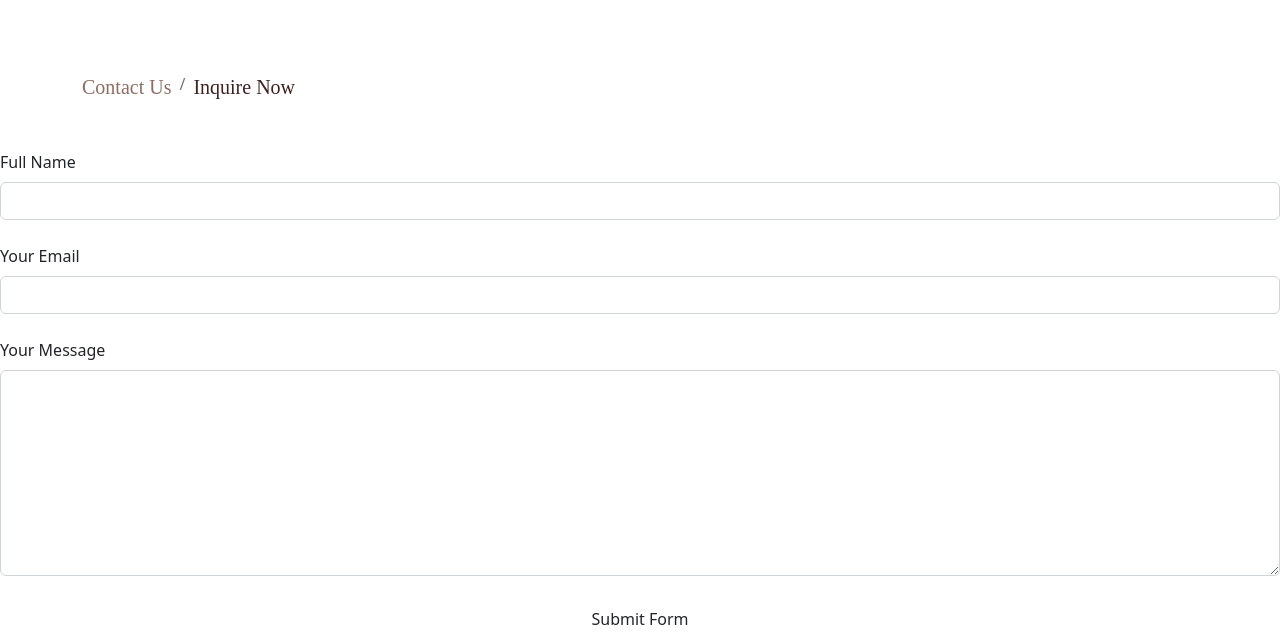
Repository: kaushalyaweerakoon/Plantation-Villa
Page: contact-us.html
The author's editor kept a copy of each file at every save. The page is drawn from the files as they stood at one save, then again after the next save.
The browser window is 1280 px wide. The pictures show the part of the page from y = 1313 to 1951 px (the page is 1951 px tall before and 1913 px after).
Some web fonts or font styles are not loaded; a fallback is used.

Above is the page before, as saved 2022-08-15 14:58:25.
Not found: assets/js/main.js

### contact-us.html
<!doctype html>
<html lang="en">

<head>
    <meta charset="utf-8">
    <meta name="viewport" content="width=device-width, initial-scale=1">

    <title>Plantation Villa| News Inner</title>

    <!-- Bootstrap css -->
    <link href="https://cdn.jsdelivr.net/npm/bootstrap@5.2.0-beta1/dist/css/bootstrap.min.css" rel="stylesheet"
        integrity="sha384-0evHe/X+R7YkIZDRvuzKMRqM+OrBnVFBL6DOitfPri4tjfHxaWutUpFmBp4vmVor" crossorigin="anonymous">

    <!-- fonts -->
    <link href="http://fonts.cdnfonts.com/css/segoe-ui-4" rel="stylesheet">
    <link rel="preconnect" href="https://fonts.googleapis.com">
    <link rel="preconnect" href="https://fonts.gstatic.com" crossorigin>

    <!-- swiperJS -->
    <link rel="stylesheet" href="https://unpkg.com/swiper@8/swiper-bundle.min.css" />

    <!-- custom css -->
    <link rel="stylesheet" href="asserts/css/main.css">

</head>


<!-- Section 2-->
<section class="container mt-md-4 mt-3 mb-5 pb-4">
    <p class="title pt-3">CONTACT US</p>

    <div class="text-center" id="">
        <p class="text">
            Lorem ipsum dolor sit amet, consectetur adipiscing elit. Cras cursus velit eu efficitur ultricies. Ut
            interdum et ipsum quis mattis. Sed bibendum arcu non sodales euismod. Proin ac metus quis ligula tempus
            commodo id a nunc.
        </p>
    </div>
</section>

<div class="container pb-4">
    <!-- Breadcrumb -->
    <nav aria-label="" class="mt-5 mb-4 ">
        <ol class="breadcrumb">
            <li class="breadcrumb-item"><a href="" class="breadcrumb-text fs-13-px text-font-family">Contact
                    Us </a>
            <li class="breadcrumb-item"><a href="" aria-current="page"
                    class="breadcrumb-text active fs-13-px text-font-family">Get In Touch</a>
            </li>
        </ol>
    </nav>
    <!--/ Breadcrumb -->

    <div class="row gy-3 gx-4">
        <div class="col-md-4 col-xl-2 pe-xl-5">

            <div class="col-xl-12 pb-5">
                <p class="country-text">Sri Lanka</p>
                <p class="">Wattalaya Watta,<br>
                    Nehinna, Dodangoda,<br>
                    Kalutara, Sri Lanka</p>
                <ul class="list-unstyled">
                    <li><a class="mb-3 lh-lg text-dark text-decoration-none"
                            href="reservations@srimal.com">reservations@srimal.com</a>
                    </li>
                    <li><a class="text-dark text-decoration-none" href="tel:++090123456789">+090123456789</a></li>
                </ul>
            </div>
        </div>

        <div class="col-md-4 col-xl-2 pe-xl-5">
        </div>

        <div class="col-md-4 col-xl-2 pe-xl-5">
            <div class="col-xl-12 pb-5">
                <p class="country-text">UK</p>
                <p class="">Wattalaya Watta,<br>
                    Nehinna, Dodangoda,<br>
                    Kalutara, Sri Lanka</p>
                <ul class="list-unstyled">
                    <li><a class="mb-3 lh-lg text-dark text-decoration-none"
                            href="reservations@srimal.com">reservations@srimal.com</a>
                    </li>
                    <li><a class="text-dark text-decoration-none" href="tel:++090123456789">+090123456789</a></li>
                </ul>
            </div>

        </div>
    </div>
</div>


<!-- map section-->
<section class="container mt-md-4 mt-3 mb-5 pb-4">

    <div class="ratio" style="--bs-aspect-ratio: 50%;">
        <iframe
            src="https://www.google.com/maps/embed?pb=!1m14!1m8!1m3!1d52824.16461165647!2d80.37247646048803!3d7.61515466786648!3m2!1i1024!2i768!4f13.1!3m3!1m2!1s0x3ae333391ecc0a0d%3A0x8a95434c984a12bf!2sARALIYA%20HOTEL!5e0!3m2!1sen!2slk!4v1660547131912!5m2!1sen!2slk"
            width="600" height="450" style="border:0;" allowfullscreen="" loading="lazy"
            referrerpolicy="no-referrer-when-downgrade"></iframe>
    </div>
</section>
<!-- map section -->

<!-- Breadcrumb -->
<div class="container pb-4">
    <nav aria-label="" class="mt-5 mb-4 ">
        <ol class="breadcrumb">
            <li class="breadcrumb-item"><a href="" class="breadcrumb-text fs-13-px text-font-family">Contact
                    Us </a>
            <li class="breadcrumb-item"><a href="" aria-current="page"
                    class="breadcrumb-text active fs-13-px text-font-family">Inquire Now</a>
            </li>
        </ol>
    </nav>
</div>
<!--/ Breadcrumb -->

<div id="contact-us">
    <form>
        <div class="">
            <div class="col mb-4">
                <label for="fullname" class="form-label">Full Name</label>
                <input type="text" class="form-control" id="fullname" aria-describedby="emailHelp">
            </div>

            <div class="col mb-4">
                <div class="d-flex justify-content-between align-items-center">
                    <label for="emailaddress" class="form-label">Your Email </label>
                </div>
                <input type="email" class="form-control" id="emailaddress" aria-describedby="emailHelp">
            </div>

            <div class="col-md-12 mb-4">
                <label for="comment" class="form-label">Your Message</label>
                <textarea class="form-control h-auto" id="comment" rows="8"></textarea>
            </div>
        </div>
        <div class="d-flex justify-content-center">
            <button type="submit" class="btn submit-form-button text-font-family fs-18-px">Submit Form</button>
        </div>
    </form>
</div>
</section>



<!-- bootstrap -->
<script src="https://cdn.jsdelivr.net/npm/bootstrap@5.2.0-beta1/dist/js/bootstrap.bundle.min.js"
    integrity="sha384-pprn3073KE6tl6bjs2QrFaJGz5/SUsLqktiwsUTF55Jfv3qYSDhgCecCxMW52nD2"
    crossorigin="anonymous"></script>

<!-- swiperJS -->
<script src="https://unpkg.com/swiper@8/swiper-bundle.min.js"></script>

<!-- custom script -->
<script src="assets/js/main.js"></script>


</body>

</html>

### asserts/css/main.css
/* Call the root */
:root {
  --Lora-font: 'Lora';
  --Segoe-font: 'Segoe UI';

  --font-size-14px: 18px;
  --font-size-20px: 20px;
  --font-size-22px: 22px;
  --font-size-25px: 25px;
  --font-size-30px: 30px;
  --font-size-35px: 35px;
  --font-size-40px: 40px;

  --font-color-8d6e63: #8d6e63;
  --font-color-3e2222: #3e2222;
  --bggreen: #7d824a;
  --co-white: #ffffff;
}

/* Create clases for fronts */
.Lora-ff {
  font-family: var(--Lora-font);
}

.Segoe-ff {
  font-family: var(--Segoe-font);
}

/* Create clases for front sizes*/
.fs-18-px {
  font-size: var(--font-size-18px)
}

.fs-20-px {
  font-size: var(--font-size-20px)
}

.fs-22-px {
  font-size: var(--font-size-22px)
}

.fs-25-px {
  font-size: var(--font-size-22px)
}

.fs-30-px {
  font-size: var(--font-size-30px)
}

.fs-35-px {
  font-size: var(--font-size-35px)
}

.fs-40-px {
  font-size: var(--font-size-40px)
}

/* Color */
.txt-purple {
  color: var(--font-color-8d6e63)
}

.txt-red {
  color: var(--font-color-3e2222)
}

/* news inner */

/* Breadcrumb */
.breadcrumb-text {
  font-family: var(--Lora-font);
  text-decoration: none;
  color: var(--font-color-8d6e63);
  font-weight: normal;
  font-size: var(--font-size-20px);
}

.breadcrumb-text.active {
  color: var(--font-color-3e2222);
  text-decoration: none;
  font-weight: normal;
}

.breadcrumb-text:hover {
  font-family: var(--Lora-font);
  font-size: var(--font-size-35px);
  color: var(--font-color-8d6e63);
  text-decoration: none;
}

/* -- */

.newsinner-date {
  color: var(--font-color-8d6e63);
  font-family: var(--Segoe-font);
  font-size: var(--font-size-20px);
}

.newsinner-head {
  color: var(--font-color-3e2222);
  font-family: var(--Lora-font);
  font-size: 45px;
  font-weight: normal;
}

.newsinner-text{
  font-size: var(--font-size-22px);
  font-family: var(--Segoe-font);
}

/* Heading */

.title {
  font-size: var(--font-size-30px);
  font-family: var(--Segoe-font);
  color: var(--font-color-8d6e63);
  text-align: center;
  margin-bottom: clamp(40px, 5vw, 71px);
}
.text{
  font-size: var(--font-size-22px);
  font-family: var(--Segoe-font);
  color: #000;
}

/* contact us */
.country-text {
  font-family: var(--Lora-font)!important;
  color: var(--font-color-3e2222);
  font-weight: normal;
  font-size: var(--font-size-30px);
}

After the next save:
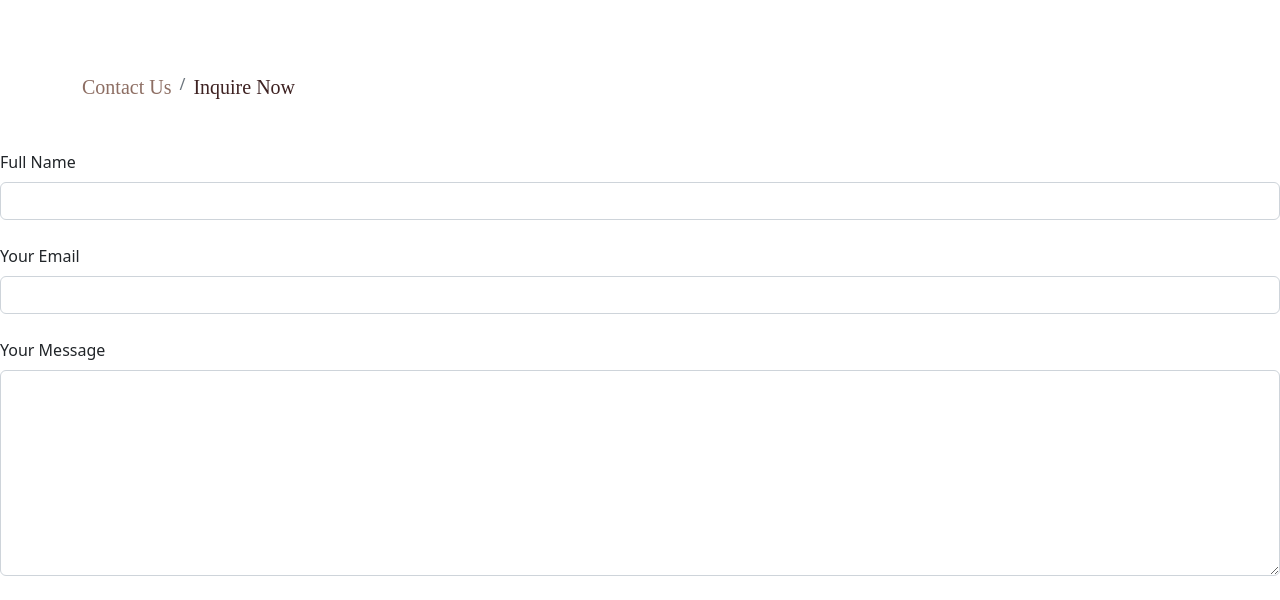
Saved 15 s later.
--- a/contact-us.html
+++ b/contact-us.html
@@ -136,9 +136,6 @@
                 <textarea class="form-control h-auto" id="comment" rows="8"></textarea>
             </div>
         </div>
-        <div class="d-flex justify-content-center">
-            <button type="submit" class="btn submit-form-button text-font-family fs-18-px">Submit Form</button>
-        </div>
     </form>
 </div>
 </section>
